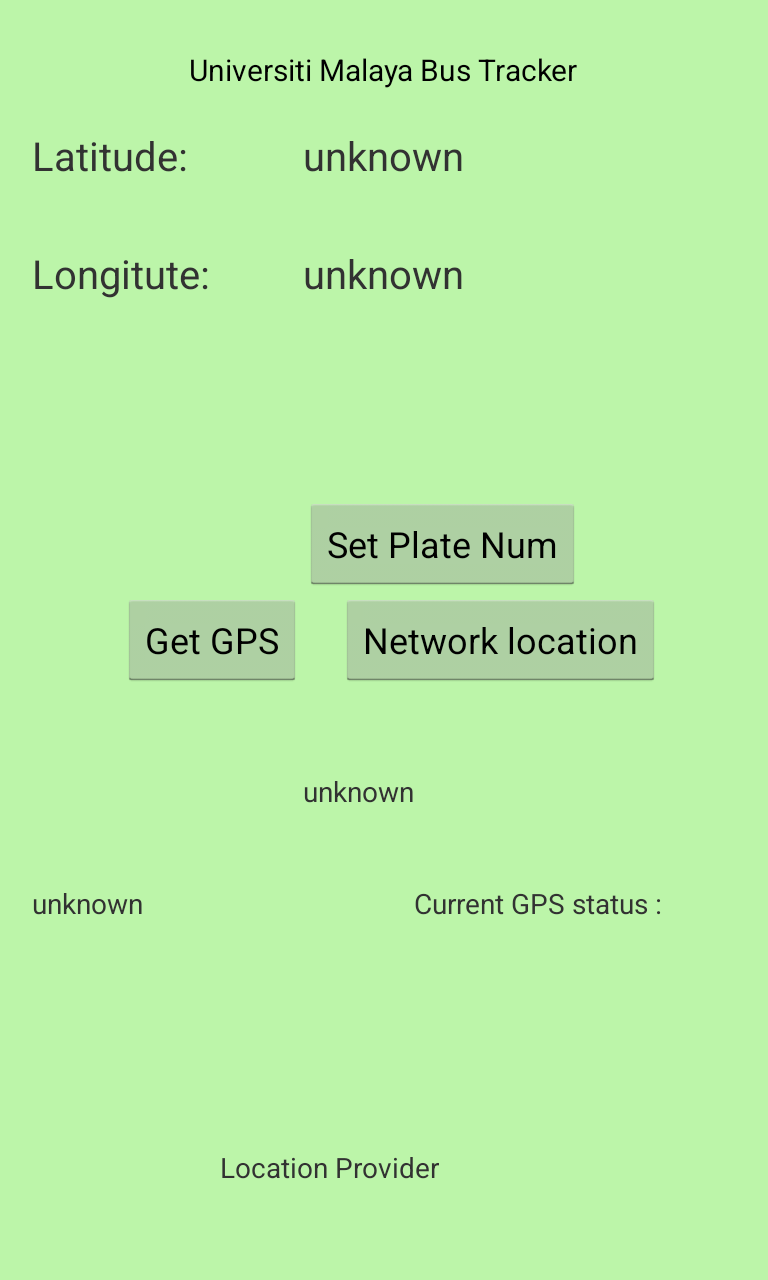
Repository: patheon17/myrepo2
Layout: workspace/UMBusTracker/res/layout/activity_main.xml
An editor plug-in stored every save of this project. The layout is shown before and after the next save, followed by the edit.
It is drawn on a 768 x 1280 px phone screen (xhdpi) without system bars, with theme AppTheme; the app's code is not run.

Above is the layout before, as saved 2013-09-29 10:23:22.

### workspace/UMBusTracker/res/layout/activity_main.xml
<RelativeLayout xmlns:android="http://schemas.android.com/apk/res/android"
    xmlns:tools="http://schemas.android.com/tools"
    android:layout_width="match_parent"
    android:layout_height="match_parent"
    android:background="@color/appbackground"
    android:paddingBottom="@dimen/activity_vertical_margin"
    android:paddingLeft="@dimen/activity_horizontal_margin"
    android:paddingRight="@dimen/activity_horizontal_margin"
    android:paddingTop="@dimen/activity_vertical_margin"
    tools:context=".MainActivity" >

    <TextView
        android:id="@+id/TextView02"
        android:layout_width="wrap_content"
        android:layout_height="wrap_content"
        android:layout_centerHorizontal="true"
        android:layout_marginTop="48dp"
        android:text="unknown"
        android:textSize="20dip" />

    <TextView
        android:id="@+id/TextView01"
        android:layout_width="wrap_content"
        android:layout_height="wrap_content"
        android:layout_alignBaseline="@+id/TextView02"
        android:layout_alignBottom="@+id/TextView02"
        android:text="Latitude: "
        android:textSize="20dip" />

    <TextView
        android:id="@+id/TextView04"
        android:layout_width="wrap_content"
        android:layout_height="wrap_content"
        android:layout_alignLeft="@+id/TextView02"
        android:layout_below="@+id/TextView02"
        android:layout_marginTop="32dp"
        android:text="unknown"
        android:textSize="20dip" />

    <TextView
        android:id="@+id/TextView03"
        android:layout_width="wrap_content"
        android:layout_height="wrap_content"
        android:layout_alignBaseline="@+id/TextView04"
        android:layout_alignBottom="@+id/TextView04"
        android:layout_alignLeft="@+id/TextView01"
        android:text="Longitute: "
        android:textSize="20dip" />

    <TextView
        android:id="@+id/gpsstatus"
        android:layout_width="wrap_content"
        android:layout_height="wrap_content"
        android:layout_alignBottom="@+id/providerlist"
        android:layout_toRightOf="@+id/TextView05"
        android:text="@string/gpsstatus"
        android:textAppearance="?android:attr/textAppearanceSmall" />

    <TextView
        android:id="@+id/locprov1"
        android:layout_width="wrap_content"
        android:layout_height="wrap_content"
        android:layout_alignParentBottom="true"
        android:layout_marginBottom="31dp"
        android:layout_toRightOf="@+id/TextView03"
        android:text="@string/locprov1"
        android:textAppearance="?android:attr/textAppearanceSmall" />

    <TextView
        android:id="@+id/providerlist"
        android:layout_width="wrap_content"
        android:layout_height="wrap_content"
        android:layout_alignLeft="@+id/TextView03"
        android:layout_below="@+id/TextView05"
        android:layout_marginTop="37dp"
        android:text="@string/providerslist"
        android:textAppearance="?android:attr/textAppearanceSmall" />

    <TextView
        android:id="@+id/TextView05"
        android:layout_width="wrap_content"
        android:layout_height="wrap_content"
        android:layout_alignLeft="@+id/TextView04"
        android:layout_below="@+id/button2"
        android:layout_marginTop="42dp"
        android:text="@string/providerstatus" />

    <Button
        android:id="@+id/button1"
        android:layout_width="wrap_content"
        android:layout_height="wrap_content"
        android:layout_above="@+id/TextView05"
        android:layout_toLeftOf="@+id/TextView04"
        android:text="@string/button1" />

    <Button
        android:id="@+id/button2"
        android:layout_width="wrap_content"
        android:layout_height="wrap_content"
        android:layout_alignRight="@+id/gpsstatus"
        android:layout_centerVertical="true"
        android:text="@string/network" />

    <TextView
        android:id="@+id/title"
        android:layout_width="wrap_content"
        android:layout_height="wrap_content"
        android:layout_above="@+id/TextView01"
        android:layout_centerHorizontal="true"
        android:layout_marginBottom="19dp"
        android:text="@string/Apptitle"
        android:textAppearance="?android:attr/textAppearanceLarge"
        android:textSize="@dimen/titlesize" />

    <Button
        android:id="@+id/button3"
        android:layout_width="wrap_content"
        android:layout_height="wrap_content"
        android:layout_above="@+id/button2"
        android:layout_alignLeft="@+id/TextView04"
        android:text="Set Plate Num" />

</RelativeLayout>

### workspace/UMBusTracker/res/values/styles.xml
<resources>

    <!--
        Base application theme, dependent on API level. This theme is replaced
        by AppBaseTheme from res/values-vXX/styles.xml on newer devices.
    -->
    <style name="AppBaseTheme" parent="android:Theme.Light">
        <!--
            Theme customizations available in newer API levels can go in
            res/values-vXX/styles.xml, while customizations related to
            backward-compatibility can go here.
        -->
    </style>

    <!-- Application theme. -->
    <style name="AppTheme" parent="AppBaseTheme">
        <!-- All customizations that are NOT specific to a particular API-level can go here. -->
    </style>
    <color name="appbackground">#BCF5A9</color>

</resources>

### workspace/UMBusTracker/res/values/dimens.xml
<resources>

    <!-- Default screen margins, per the Android Design guidelines. -->
    <dimen name="activity_horizontal_margin">16dp</dimen>
    <dimen name="activity_vertical_margin">16dp</dimen>
    <dimen name="titlesize">15dp</dimen>

</resources>

### workspace/UMBusTracker/res/values/strings.xml
<?xml version="1.0" encoding="utf-8"?>
<resources>

    <string name="app_name">UM Bus Tracker</string>
    <string name="action_settings">Settings</string>
    <string name="hello_world">Hello world!</string>
    <string name="Apptitle">Universiti Malaya Bus Tracker</string>
    <string name="button1">Get GPS</string>
    <string name="providerstatus">unknown</string>
    <string name="providerslist">unknown</string>
    <string name="gpsstatus">Current GPS status :</string>
    <string name="locprov1">Location Provider</string>
    <string name="network">Network location</string>
    <string name="title_activity_set_plate_num">SetPlateNum</string>

</resources>

Loaded but not shown: workspace/UMBusTracker/res/values-v11/styles.xml (common file); workspace/UMBusTracker/res/values-v14/styles.xml (common file)

After the next save:
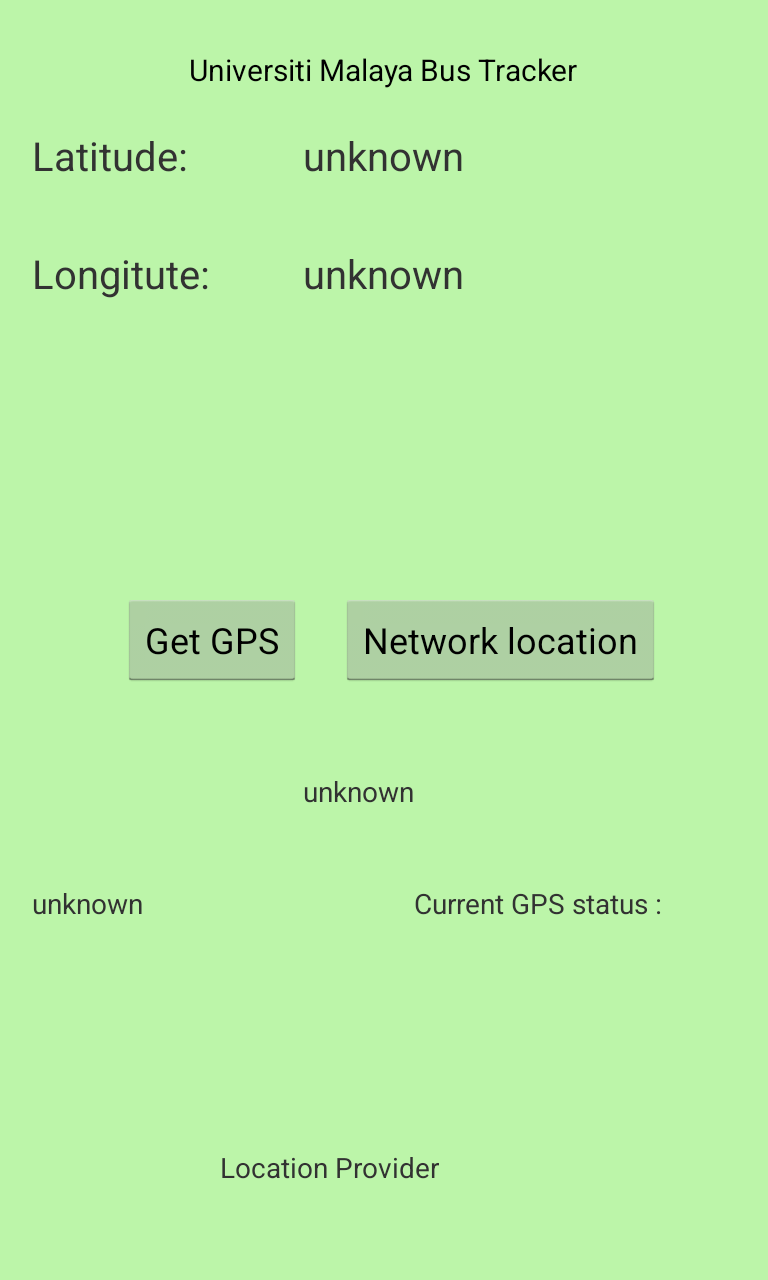
Saved 87 s later.
--- a/workspace/UMBusTracker/res/layout/activity_main.xml
+++ b/workspace/UMBusTracker/res/layout/activity_main.xml
@@ -112,12 +112,4 @@
         android:textAppearance="?android:attr/textAppearanceLarge"
         android:textSize="@dimen/titlesize" />
 
-    <Button
-        android:id="@+id/button3"
-        android:layout_width="wrap_content"
-        android:layout_height="wrap_content"
-        android:layout_above="@+id/button2"
-        android:layout_alignLeft="@+id/TextView04"
-        android:text="Set Plate Num" />
-
 </RelativeLayout>
